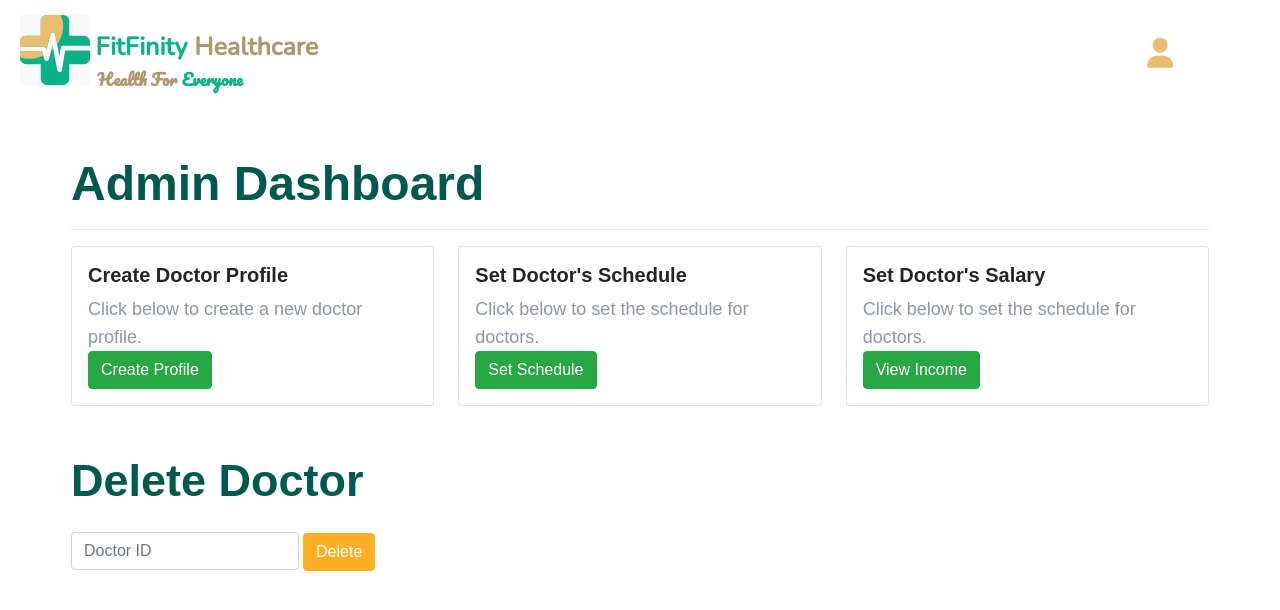
Repository: theonlymono/FitfinityHealthcareWebsiteJ2EE
Page: http://localhost/Fitfinity/adminDashboard.jsp
The author's editor kept a copy of each file at every save. The page is drawn from the files as they stood at one save, then again after the next save.
The browser window is 1280 px wide. The pictures show the whole page.
Some web fonts or font styles are not loaded; a fallback is used. The page is served by Tomcat 9.

Above is the page before, as saved 2024-03-03 11:42:11.
Console error (its wording comes from the project's code and is left out).

After the next save:
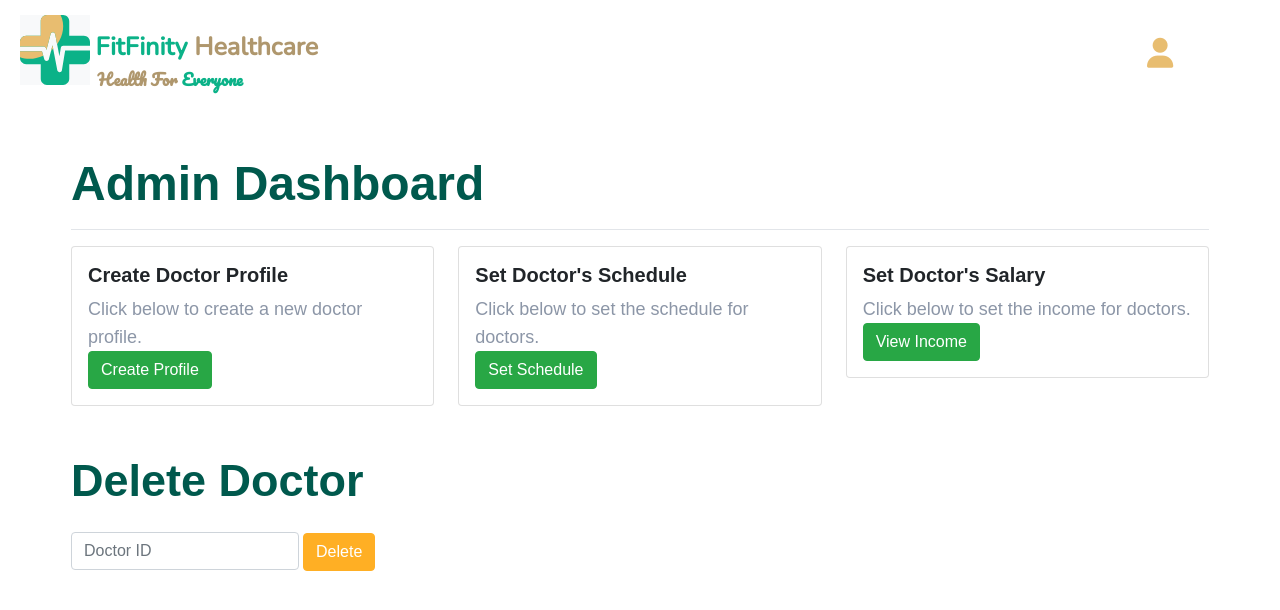
Saved 5 s later.
--- a/fitfinity/Fitfinity/WebContent/adminDashboard.jsp
+++ b/fitfinity/Fitfinity/WebContent/adminDashboard.jsp
@@ -170,7 +170,7 @@
         <div class="card-body">
           <h5 class="card-title">Set Doctor's Salary</h5>
           <p class="card-text">
-            Click below to set the schedule for doctors.
+            Click below to set the income for doctors.
           </p>
           <a href="./DrSchedule.jsp" class="btn btn-success"
             >View Income</a
